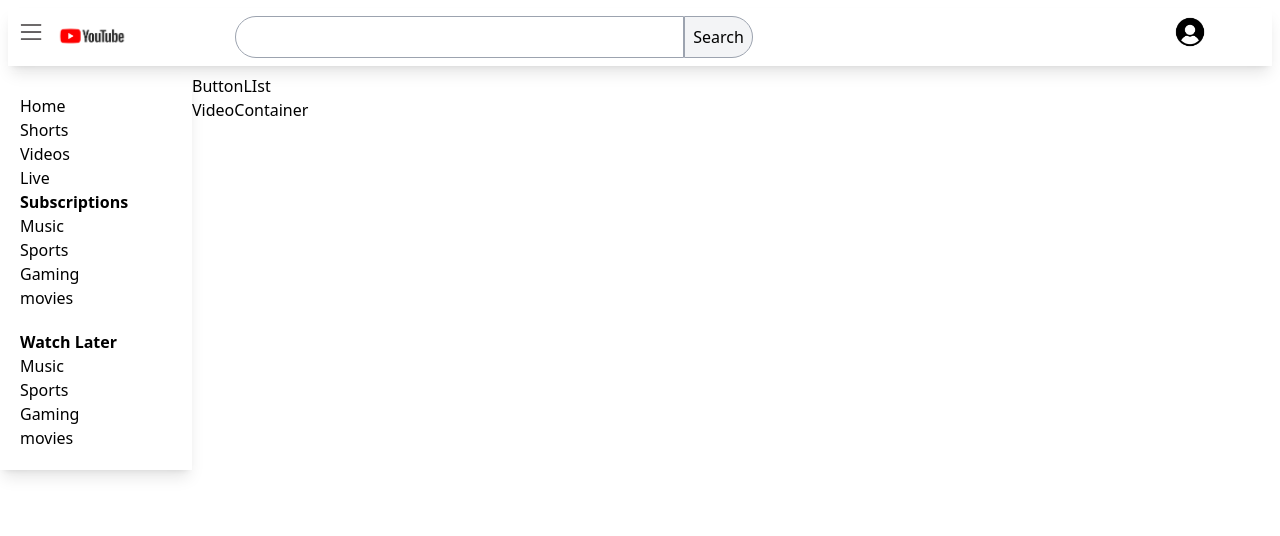
Repository: AmolPawar7181/namaste-youtube
Page: /
The author's editor kept a copy of each file at every save. The page is drawn from the files as they stood at one save, then again after the next save.
The browser window is 1280 px wide. The pictures show the whole page.
The project was rebuilt for these pictures with package versions that can differ from the ones it lists, and the page was loaded fresh each time. Also part of the build but not shown: vite.config.ts.

Above is the page before, as saved 2023-03-19 12:24:17.

### src/App.tsx
import Body from './components/Body';
import Head from './components/Head';
import './index.css';

function App() {

  return (
    <>
    <Head />
    <Body />
    </>
  )
}

export default App;

### src/components/Body.tsx
import React from 'react';
import MainContainer from './MainContainer';
import SideBar from './SideBar';

const Body = () => {
	return (
		<div className='flex'>
			<SideBar />
			<MainContainer />
		</div>
	);
};

export default Body;

### src/components/Head.tsx
import React from 'react'

const Head = () => {
  return (
    <div className='grid grid-flow-col p-2 m-2 shadow-lg'>
        <div className='flex col-span-1'>
        <img className="h-8" src="data:[embedded picture, 558 characters]" alt="menu"/>
        <img className="h-10 mx-2" src="data:[embedded picture, 4610 characters]" alt="Youtube" />
        </div>
        <div className='col-span-10 px-10'>
            <input className='w-1/2 border border-gray-400 p-2 rounded-l-full' type="text" />
            <button className=' border border-gray-400 p-2 rounded-r-full bg-gray-100'>Search</button>
        </div>
        <div className='col-span-1'>
            <img className="h-8" alt="user" src='data:[embedded picture, 3630 characters]'/>
            </div>
    </div>
  )
}

export default Head

### src/components/MainContainer.tsx
import React from 'react';
import ButtonList from './ButtonLIst';
import VideoContainer from './VideoContainer';

const MainContainer = () => {
	return (
		<div className='col-span-11'>
			<ButtonList />
			<VideoContainer />
		</div>
	);
};

export default MainContainer;

### src/components/SideBar.tsx
import React from 'react';

const SideBar = () => {
	return (
		<div className='p-5 shadow-lg w-48'>
			<ul>
				<li>Home</li>
				<li>Shorts</li>
				<li>Videos</li>
				<li>Live</li>
			</ul>
			<h1 className='font-bold'>Subscriptions</h1>
			<ul>
				<li>Music</li>
				<li>Sports</li>
				<li>Gaming</li>
				<li>movies</li>
			</ul>
			<h1 className='font-bold pt-5'>Watch Later</h1>
			<ul>
				<li>Music</li>
				<li>Sports</li>
				<li>Gaming</li>
				<li>movies</li>
			</ul>
		</div>
	);
};

export default SideBar;

### src/components/ButtonLIst.tsx
import React from 'react'

const ButtonList = () => {
  return (
    <div>ButtonLIst</div>
  )
}

export default ButtonList;

### tailwind.config.cjs
/** @type {import('tailwindcss').Config} */
module.exports = {
  content: [
    "./index.html",
  "./src/**/*.{js,ts,jsx,tsx}",],
  theme: {
    extend: {},
  },
  plugins: [],
}

Loaded but not shown: index.html (common file); src/main.tsx (common file); src/index.css (common file); src/components/VideoContainer.tsx (common file)

After the next save:
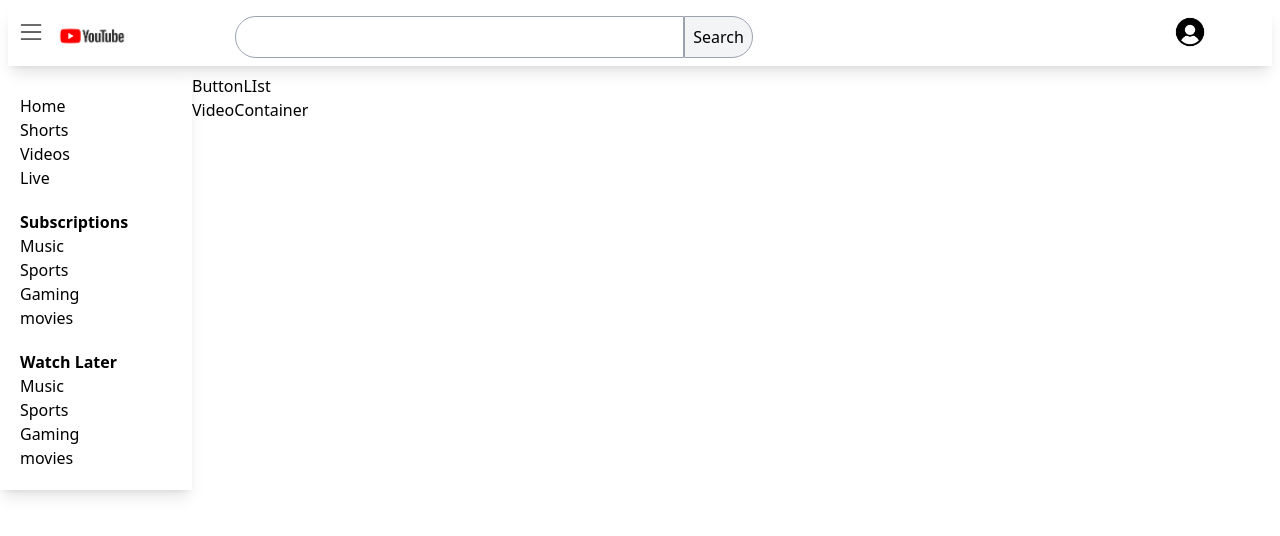
Saved 12 s later.
--- a/src/components/SideBar.tsx
+++ b/src/components/SideBar.tsx
@@ -9,7 +9,7 @@
 				<li>Videos</li>
 				<li>Live</li>
 			</ul>
-			<h1 className='font-bold'>Subscriptions</h1>
+			<h1 className='font-bold pt-5'>Subscriptions</h1>
 			<ul>
 				<li>Music</li>
 				<li>Sports</li>
